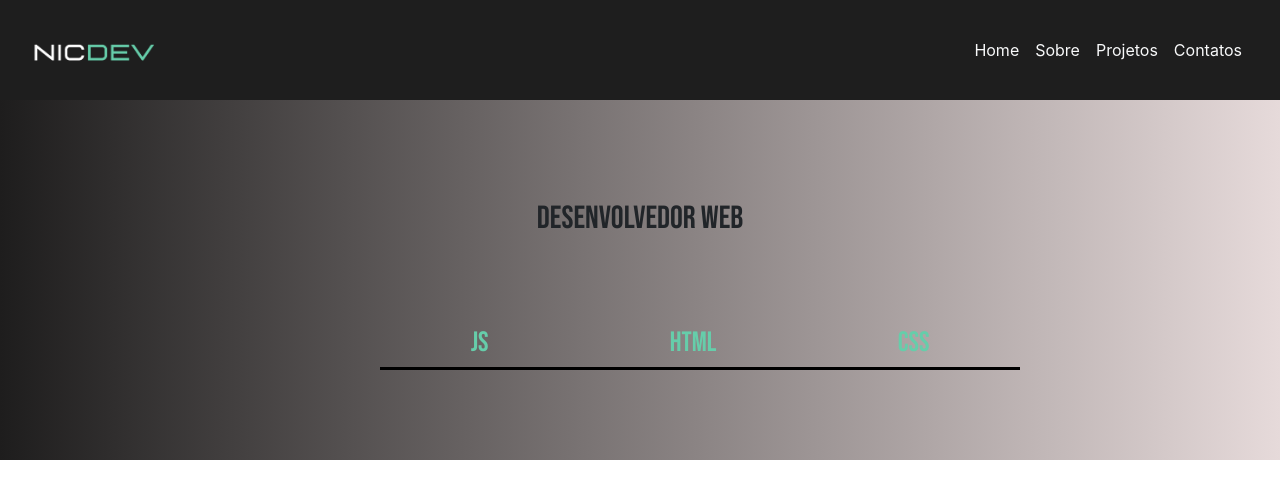
Repository: Leonngc/nicdev
Page: index.html
An editor plug-in stored every save of this project. The page is shown before and after the next save, followed by the edit.
The browser window is 1280 px wide. The pictures show the whole page.

Above is the page before, as saved 2023-04-14 10:47:32.

### index.html
<!DOCTYPE html>
<html lang="pt-br">
  <head>
    <meta charset="UTF-8" />
    <meta http-equiv="X-UA-Compatible" content="IE=edge" />
    <meta name="viewport" content="width=device-width, initial-scale=1.0" />
    <link rel="stylesheet" href="https://stackpath.bootstrapcdn.com/bootstrap/4.1.3/css/bootstrap.min.css" integrity="sha384-MCw98/SFnGE8fJT3GXwEOngsV7Zt27NXFoaoApmYm81iuXoPkFOJwJ8ERdknLPMO" crossorigin="anonymous">
    <link rel="stylesheet" href="styles/gradiente.css">
    <title>nicdev</title>
  </head>
  <body>

    <header>
      <nav class="navbar navbar-expand-lg navbar-dark" style="background-color: #1E1E1E; padding: 30px;">
        <a class="navbar-brand" href="#"><img src="images/nicdev-logo.png" alt="" style="width: 130px;"></a>
        <button class="navbar-toggler" type="button" data-toggle="collapse" data-target="#navbarNav" aria-controls="navbarNav" aria-expanded="false" aria-label="Alterna navegação">
          <span class="navbar-toggler-icon"></span>
        </button>
        <div class="collapse navbar-collapse justify-content-end" id="navbarNav">
          <ul class="navbar-nav" >
            <li class="nav-item active">
              <a class="nav-link text-light" href="#">Home <span class="sr-only">(Página atual)</span></a>
            </li>
            <li class="nav-item">
              <a class="nav-link text-light" href="#">Sobre</a>
            </li>
            <li class="nav-item ">
              <a class="nav-link text-light" href="#">Projetos</a>
            </li>
            <li class="nav-item">
              <a class="nav-link text-light" href="#">Contatos</a>
            </li>
          </ul>
        </div>
      </nav>
    </header>

    <div class="contain">
      <h2>Desenvolvedor Web</h2>
      <div class="skills">
        <span>JS</span>
        <span>HTML</span>
        <span>CSS</span>
      </div>

      <img src="" alt="">
    </div>

    <script src="https://code.jquery.com/jquery-3.3.1.slim.min.js" integrity="sha384-q8i/X+965DzO0rT7abK41JStQIAqVgRVzpbzo5smXKp4YfRvH+8abtTE1Pi6jizo" crossorigin="anonymous"></script>
    <script src="https://cdnjs.cloudflare.com/ajax/libs/popper.js/1.14.3/umd/popper.min.js" integrity="sha384-ZMP7rVo3mIykV+2+9J3UJ46jBk0WLaUAdn689aCwoqbBJiSnjAK/l8WvCWPIPm49" crossorigin="anonymous"></script>
    <script src="https://stackpath.bootstrapcdn.com/bootstrap/4.1.3/js/bootstrap.min.js" integrity="sha384-ChfqqxuZUCnJSK3+MXmPNIyE6ZbWh2IMqE241rYiqJxyMiZ6OW/JmZQ5stwEULTy" crossorigin="anonymous"></script>
  </body>
</html>

### styles/gradiente.css
@import url('https://fonts.googleapis.com/css2?family=Bebas+Neue&display=swap');

:root{
 --bebas-neue : 'Bebas Neue', cursive;
}
.contain{
    margin: auto;
    width: 100vw;
    height: 50vh;
   justify-content: center;
   text-align: center;
   padding-top: 100px;
   font-family: var(--bebas-neue);
   background: #E6DADA;  /* fallback for old browsers */
background: -webkit-linear-gradient(to right, #1e1d1d, #E6DADA);  /* Chrome 10-25, Safari 5.1-6 */
background: linear-gradient(to right, #1e1d1d, #E6DADA); /* W3C, IE 10+/ Edge, Firefox 16+, Chrome 26+, Opera 12+, Safari 7+ */

}



.skills{
    width: 50%;
    display: flex;
    justify-content: space-around;
    margin-left: 380px;
    margin-right: 380px;
    margin-top: 80px;
    border-bottom: 3px solid black;
}

.skills > span{
    font-size: 28px;
    color: #66CDAA;
    padding: 3px;
}

@media screen and (max-width: 900px) {
    .skills{
        margin: auto;
    }
}

After the next save:
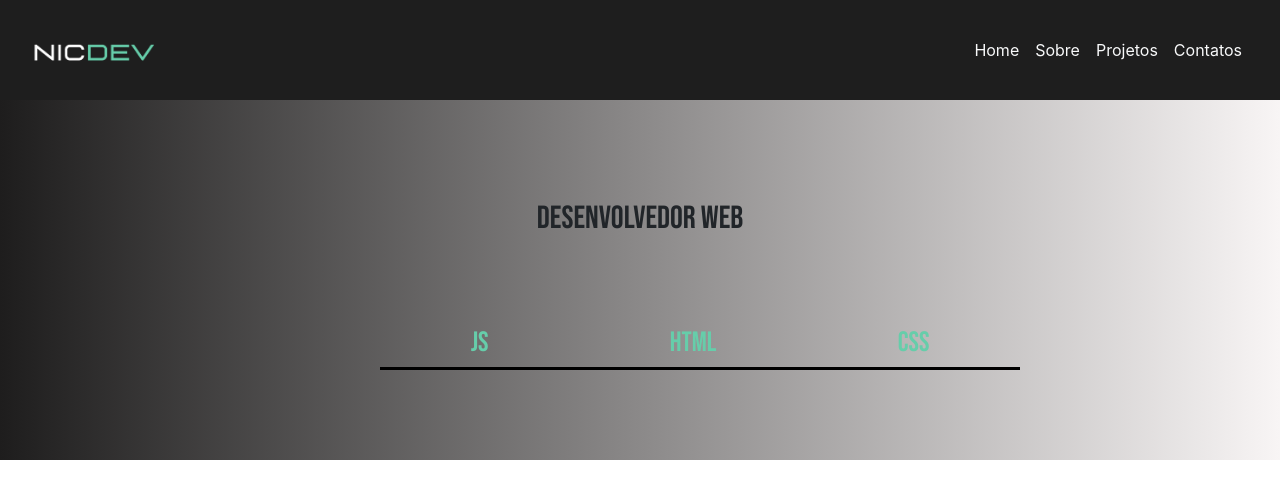
Saved 6 s later.
--- a/styles/gradiente.css
+++ b/styles/gradiente.css
@@ -13,7 +13,7 @@
    font-family: var(--bebas-neue);
    background: #E6DADA;  /* fallback for old browsers */
 background: -webkit-linear-gradient(to right, #1e1d1d, #E6DADA);  /* Chrome 10-25, Safari 5.1-6 */
-background: linear-gradient(to right, #1e1d1d, #E6DADA); /* W3C, IE 10+/ Edge, Firefox 16+, Chrome 26+, Opera 12+, Safari 7+ */
+background: linear-gradient(to right, #1e1d1d, #f8f5f5); /* W3C, IE 10+/ Edge, Firefox 16+, Chrome 26+, Opera 12+, Safari 7+ */
 
 }
 
